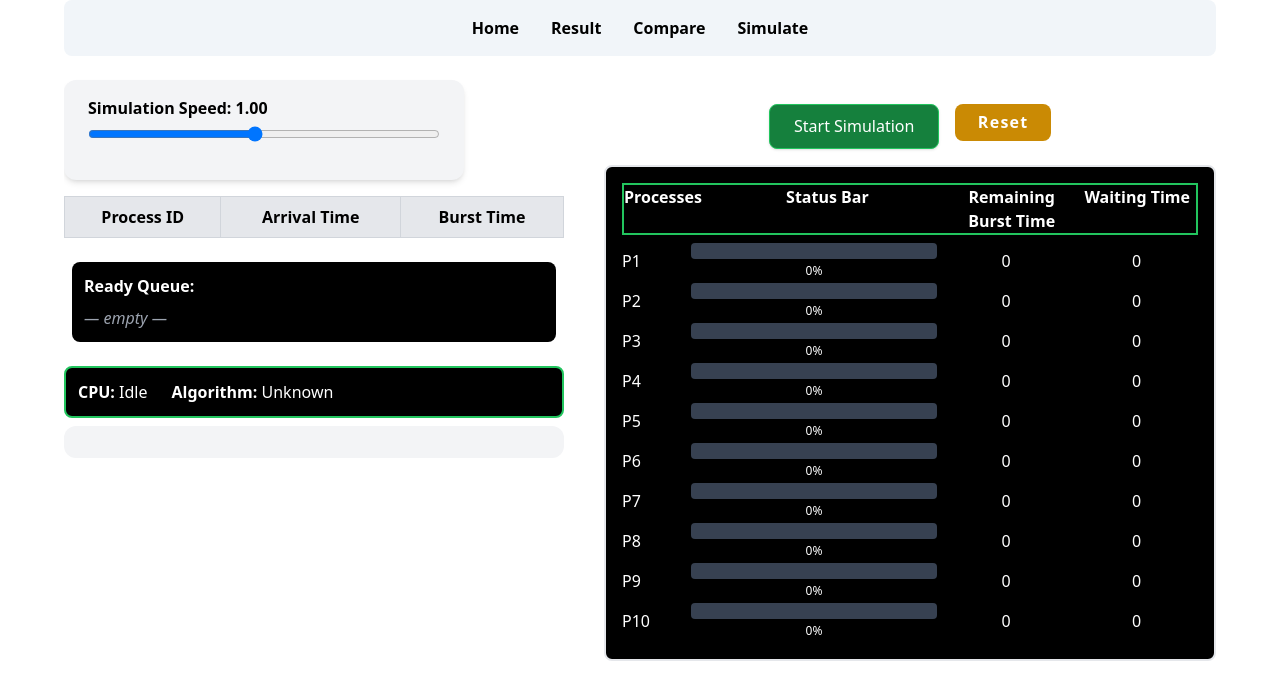
Repository: ujjwalkathait/Process_Scheduler
Page: /simulate
An editor plug-in stored every save of this project. The page is shown before and after the next save, followed by the edit.
The browser window is 1280 px wide. The pictures show the whole page.
The project was rebuilt for these pictures with package versions that can differ from the ones it lists, and the page was loaded fresh each time. Also part of the build but not shown: vite.config.js, src/components/CompareAlgorithmsChart.jsx, src/components/GanttChart.jsx, src/components/GanttChartTable.jsx, src/components/ProcessData.jsx, src/components/ProcessTable.jsx, src/components/PerformanceMetrics.jsx, src/components/SelectAlgorithm.jsx and 3 more.

Above is the page before, as saved 2025-05-18 11:15:59.

After the next save:
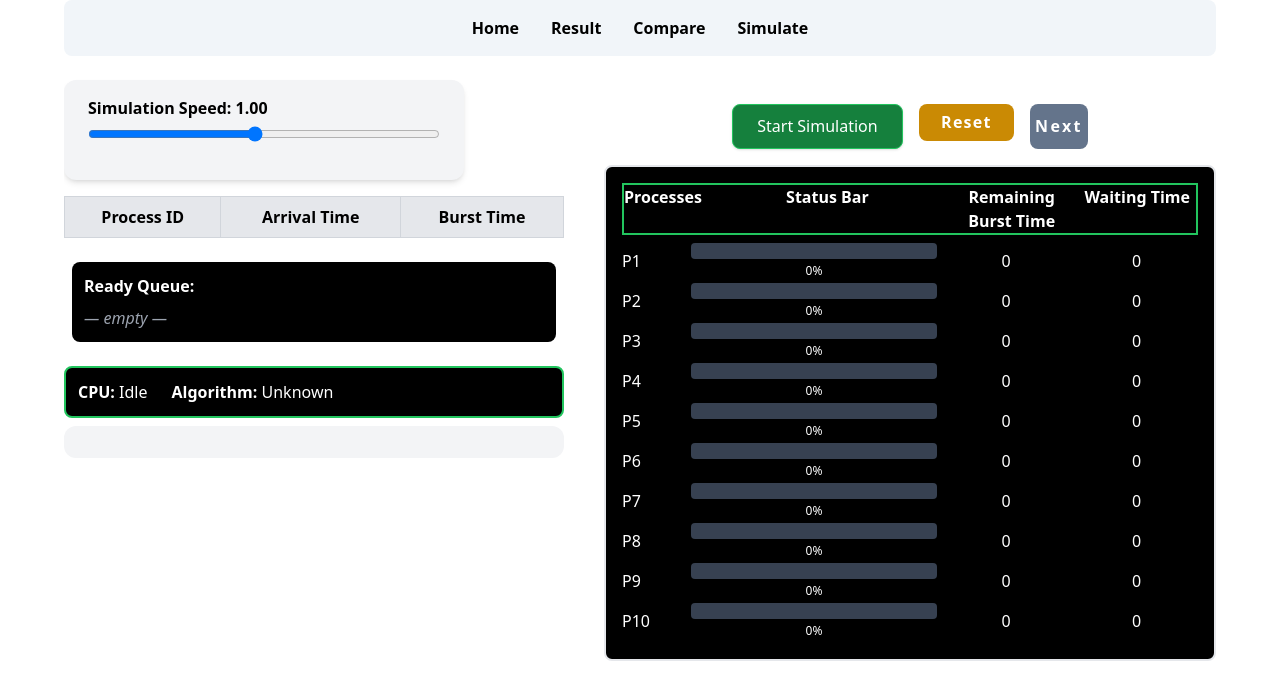
Saved 2 min 34 s later.
--- a/src/components/NavigationButtons.jsx
+++ b/src/components/NavigationButtons.jsx
@@ -34,6 +34,35 @@ const NavigationButtons = ({ onStart, onReset }) => {
       >
           Reset
       </button>
+
+      <button
+                      className={`simulate bg-slate-500 hover:bg-slate-600  font-bold text-[0.9rem] text-center text-white p-[0.3rem] rounded-lg focus:outline-none`}
+                      type="submit"
+                      onClick={e => {
+                          e.preventDefault();
+                          if (processes.length === 0) {
+                              toast.error("Please add at least one process before proceeding.");
+                              return;
+                          }
+                          if (arrivalTime < 0 || burstTime < 0 || priority < 1) {
+                              toast.error("Please enter valid values for Arrival Time, Burst Time, and Priority.");
+                              return;
+                          }
+                          if (selectedAlgorithm === 3 || selectedAlgorithm === 4 || selectedAlgorithm === 7) {
+                              if (priority === "") {
+                                  toast.error("Please enter a valid priority value.");
+                                  return;
+                              }
+                          }
+                          if(selectedAlgorithm === 0){
+                              toast.error("Please select a algorithm.");
+                              return;
+                          }
+                          navigate('/simulate');
+                      }}
+                  >
+                      Next
+                  </button>
     </div>
   );
 };
